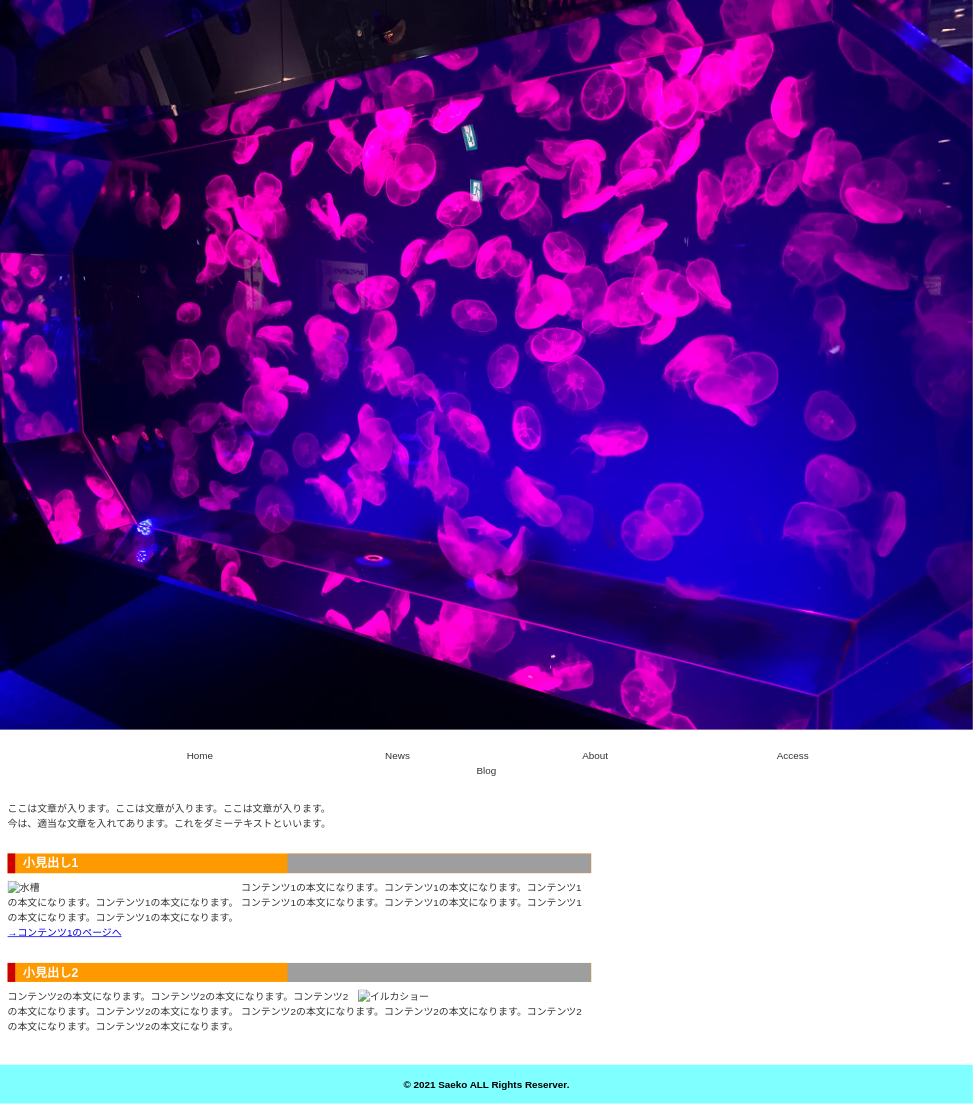
Repository: mizoguhi/mizoguhi
Page: test/saeko.html
The author's editor kept a record of every edit. The page is drawn from the files as they stood at one moment, then again after the next edit.
The browser window is 1280 px wide. The pictures show the whole page, at 76% of full size.
Pictures or frames that could not be fetched are drawn as grey boxes.

Above is the page before.
Not found: test/images/iruka.jpg
Not found: test/images/zinbei.jpg

After the next edit:
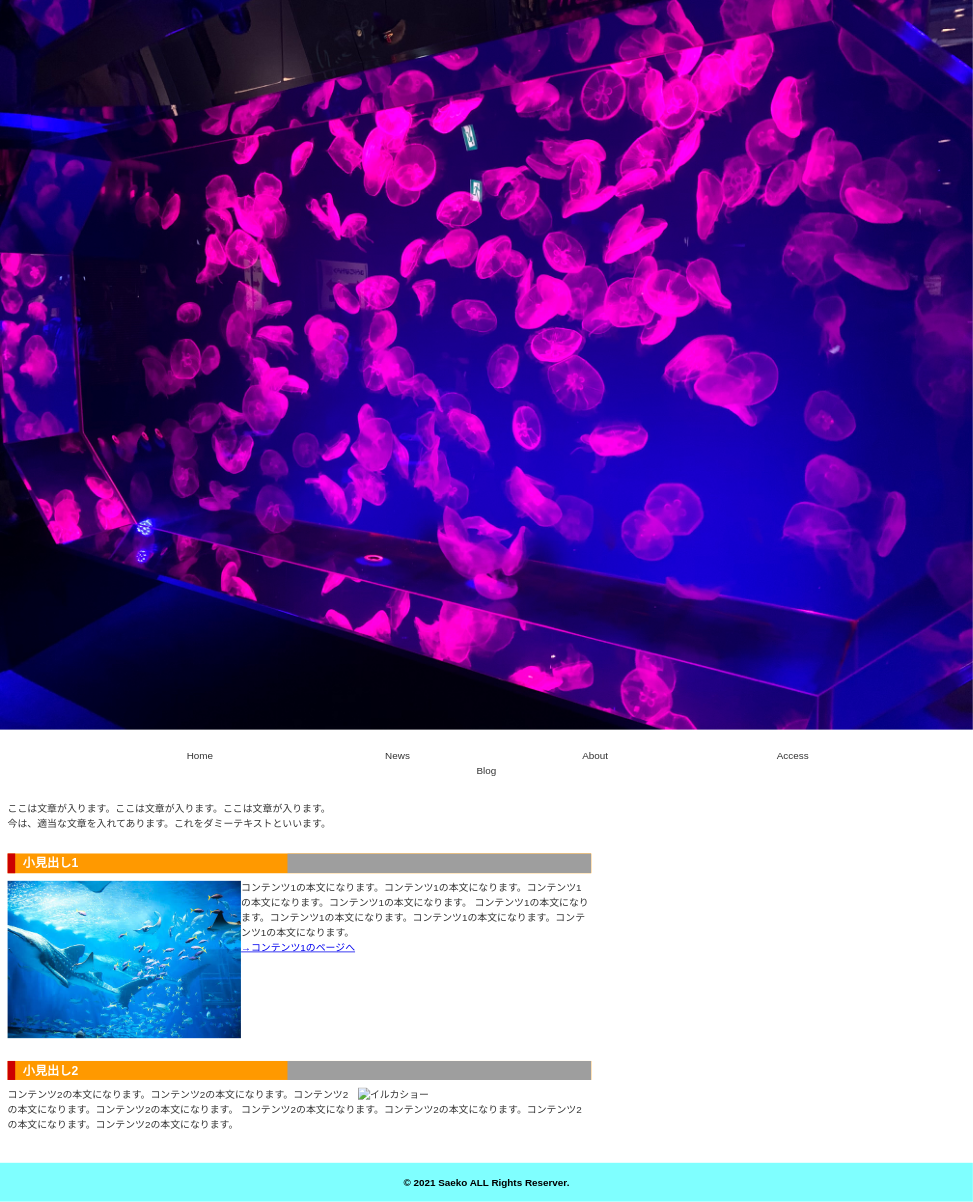
The edit:
--- a/test/saeko.html
+++ b/test/saeko.html
@@ -36,7 +36,7 @@
                     </div>
                     <div class="post clearfix">
                         <h2>小見出し1</h2>
-                        <img class="left" src="images/zinbei.jpg" alt="水槽" />
+                        <img class="left" src="zinbei.jpg" alt="水槽" />
                         <p>
                             コンテンツ1の本文になります。コンテンツ1の本文になります。コンテンツ1の本文になります。コンテンツ1の本文になります。
                             コンテンツ1の本文になります。コンテンツ1の本文になります。コンテンツ1の本文になります。コンテンツ1の本文になります。
